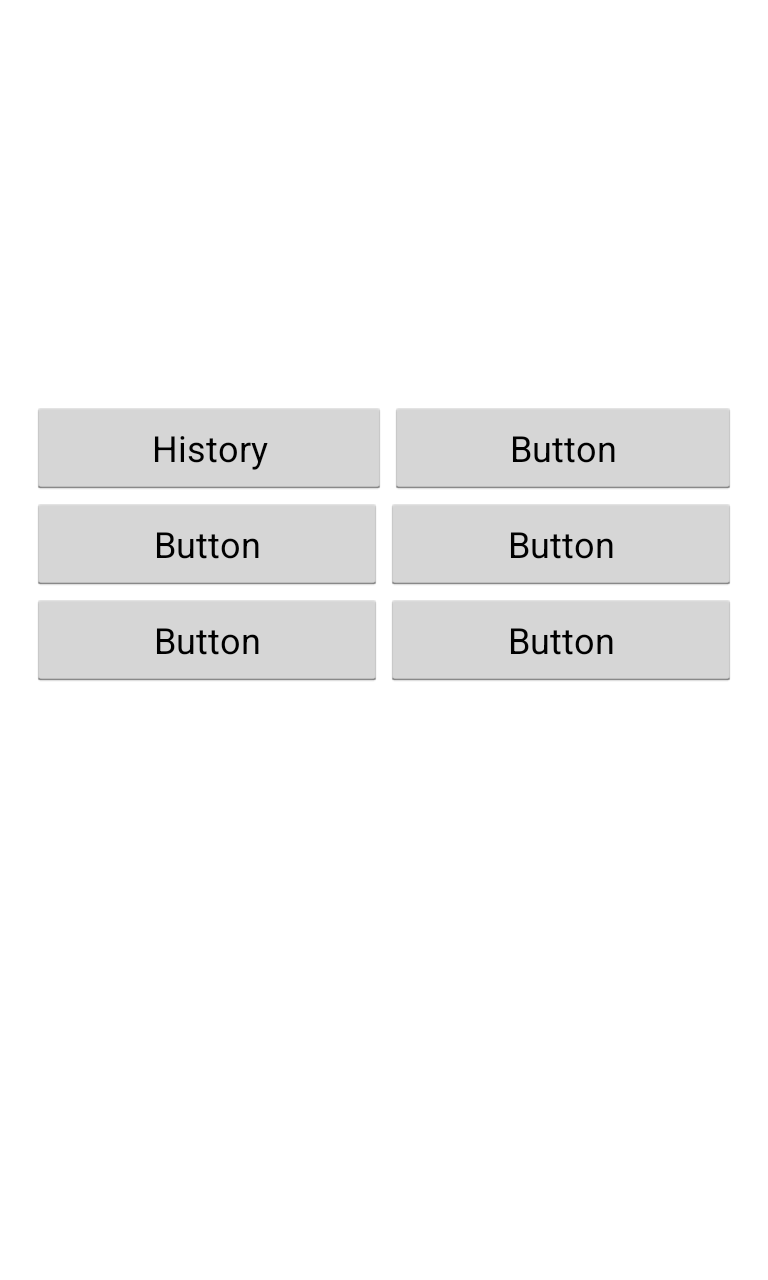
Repository: AungWinnHtut/MScAnd
Layout: com.example.com.engineer4myanmar.rtrs.MainActivity/res/layout/activity_main.xml
These files come from the project's save history. The layout is drawn as it stood at one moment and after the next save; the edit follows.
It is drawn on a 768 x 1280 px phone screen (xhdpi) without system bars, with theme AppTheme; the app's code is not run.

Above is the layout before, as saved 2015-06-21 06:58:04.

### com.example.com.engineer4myanmar.rtrs.MainActivity/res/layout/activity_main.xml
<LinearLayout xmlns:android="http://schemas.android.com/apk/res/android"
    xmlns:tools="http://schemas.android.com/tools"
    android:layout_width="match_parent"
    android:layout_height="match_parent"
    android:orientation="vertical" >

    <LinearLayout
        android:layout_width="match_parent"
        android:layout_height="wrap_content"
        android:layout_marginLeft="15dp"
        android:layout_marginRight="15dp"
        android:orientation="horizontal"
        android:layout_marginTop="200dp"
        >

        <Button
            android:id="@+id/btnHistory"
            android:layout_weight="1"
            android:layout_width="wrap_content"
            android:layout_height="wrap_content"
            android:text="History" />

        <Button
            android:id="@+id/button2"
            android:layout_weight="1"
            android:layout_width="wrap_content"
            android:layout_height="wrap_content"
            android:text="Button" />

    </LinearLayout>

    <LinearLayout
        android:layout_width="match_parent"
        android:layout_height="wrap_content"
        android:layout_marginLeft="15dp"
        android:layout_marginRight="15dp"
        android:orientation="horizontal"
        >

        <Button
            android:id="@+id/button3"
            android:layout_width="wrap_content"
            android:layout_height="wrap_content"
            android:layout_weight="1"
            android:text="Button" />

        <Button
            android:id="@+id/button4"
            android:layout_width="wrap_content"
            android:layout_height="wrap_content"
            android:layout_weight="1"
            android:text="Button" />

    </LinearLayout>

    <LinearLayout
        android:layout_width="match_parent"
        android:layout_height="wrap_content"
     	android:layout_marginLeft="15dp"
        android:layout_marginRight="15dp"
        android:orientation="horizontal"
        >

        <Button
            android:id="@+id/button5"
            android:layout_width="wrap_content"
            android:layout_height="wrap_content"
            android:layout_weight="1"
            android:text="Button" />

        <Button
            android:id="@+id/button6"
            android:layout_width="wrap_content"
            android:layout_height="wrap_content"
            android:layout_weight="1"
            android:text="Button" />

    </LinearLayout>

</LinearLayout>

Loaded but not shown: com.example.com.engineer4myanmar.rtrs.MainActivity/res/values-v11/styles.xml (common file); com.example.com.engineer4myanmar.rtrs.MainActivity/res/values-v14/styles.xml (common file); com.example.com.engineer4myanmar.rtrs.MainActivity/res/values/styles.xml (common file)

After the next save:
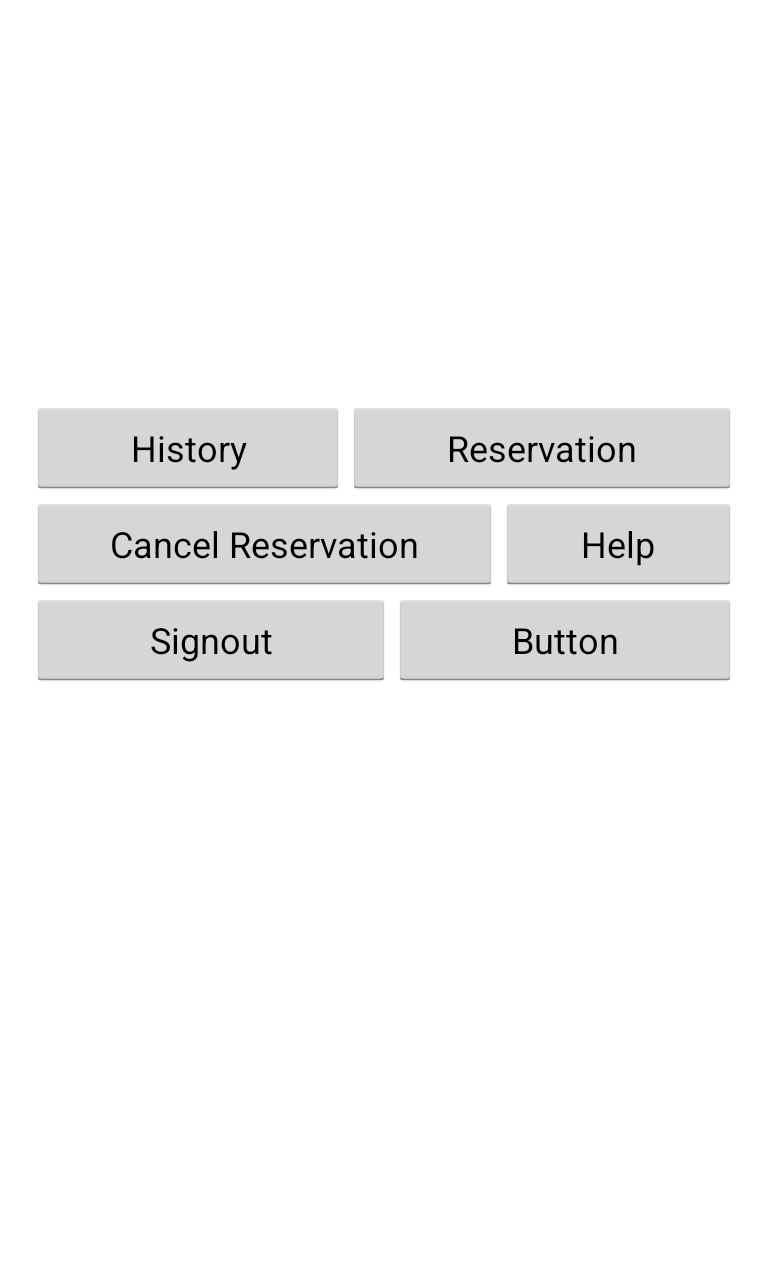
Saved 114 s later.
--- a/com.example.com.engineer4myanmar.rtrs.MainActivity/res/layout/activity_main.xml
+++ b/com.example.com.engineer4myanmar.rtrs.MainActivity/res/layout/activity_main.xml
@@ -21,11 +21,11 @@
             android:text="History" />
 
         <Button
-            android:id="@+id/button2"
+            android:id="@+id/btnReservation"
             android:layout_weight="1"
             android:layout_width="wrap_content"
             android:layout_height="wrap_content"
-            android:text="Button" />
+            android:text="Reservation" />
 
     </LinearLayout>
 
@@ -38,18 +38,18 @@
         >
 
         <Button
-            android:id="@+id/button3"
+            android:id="@+id/btnCancelReservation"
             android:layout_width="wrap_content"
             android:layout_height="wrap_content"
             android:layout_weight="1"
-            android:text="Button" />
+            android:text="Cancel Reservation" />
 
         <Button
-            android:id="@+id/button4"
+            android:id="@+id/btnHelp"
             android:layout_width="wrap_content"
             android:layout_height="wrap_content"
             android:layout_weight="1"
-            android:text="Button" />
+            android:text="Help" />
 
     </LinearLayout>
 
@@ -62,11 +62,11 @@
         >
 
         <Button
-            android:id="@+id/button5"
+            android:id="@+id/btnSignOut"
             android:layout_width="wrap_content"
             android:layout_height="wrap_content"
             android:layout_weight="1"
-            android:text="Button" />
+            android:text="Signout" />
 
         <Button
             android:id="@+id/button6"
